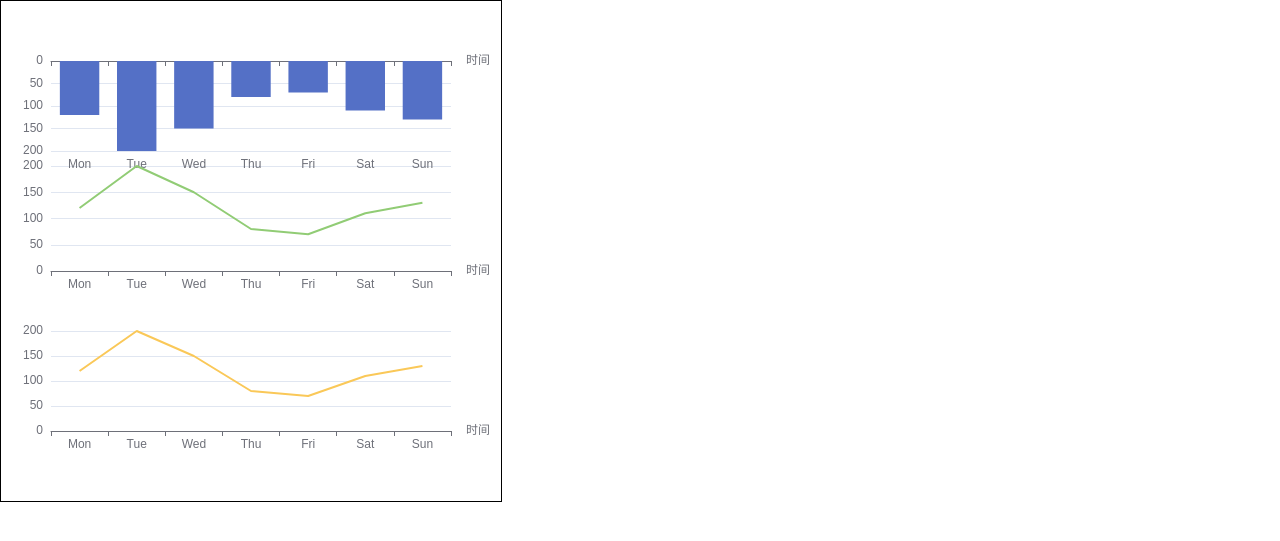
Repository: LeP-Ton/curve
Page: /
These files come from the project's save history. The page is drawn as it stood at one moment and after the next save; the edit follows.
The browser window is 1280 px wide. The pictures show the whole page.
The project was rebuilt for these pictures with package versions that can differ from the ones it lists, and the page was loaded fresh each time.

Above is the page before, as saved 2022-08-18 20:23:43.

### src/index.js
import React from "react";
import ReactDOM from "react-dom/client";
import "./index.css";
import Echart from "./Echart";
import reportWebVitals from "./reportWebVitals";

const root = ReactDOM.createRoot(document.getElementById("root"));
const option = {
  tooltip: {
    trigger: "axis",
    // formatter:function(params){
    //   console.log("---",params[0]);
    //   return(`${params[0].axisId}:${params[0].axisValue} ${params[0].seriesName}:${params[0].value}`)
    // }
  },
  xAxis: [
    {
      name: "时间",
      type: "category",
      data: ["Mon", "Tue", "Wed", "Thu", "Fri", "Sat", "Sun"],
    },
    {
      name: "时间",
      type: "category",
      data: ["Mon", "Tue", "Wed", "Thu", "Fri", "Sat", "Sun"],
      gridIndex: 1
    },
    {
      name: "时间",
      type: "category",
      data: ["Mon", "Tue", "Wed", "Thu", "Fri", "Sat", "Sun"],
      gridIndex: 2
    },
  ],
  yAxis: [
    {
      type: "value",
      inverse: true,
    },
    {
      gridIndex: 1
    },
    {
      gridIndex: 2
    }

  ],
  grid: [
    {
      bottom: '70%'
    },
    {
      top: '33%',
      bottom:'46%'
    },
    {
      top: '66%',
    }
  ],
  series: [
    {
      name: "温度",
      data: [120, 200, 150, 80, 70, 110, 130],
      type: "bar",
    },
    {
      name: "宽度",
      type: "line",
      showSymbol: false,
      data: [120, 200, 150, 80, 70, 110, 130],
      xAxisIndex: 1,
      yAxisIndex: 1,
    },
    {
      name: "长度",
      type: "line",
      showSymbol: false,
      data: [120, 200, 150, 80, 70, 110, 130],
      xAxisIndex: 2,
      yAxisIndex: 2,
    }
  ],
};
root.render(
  <React.StrictMode>
    <Echart options={option} style={{width:'500px', height: "500px" ,border: '1px solid'}} />
  </React.StrictMode>
);

// If you want to start measuring performance in your app, pass a function
// to log results (for example: reportWebVitals(console.log))
// or send to an analytics endpoint. Learn more: https://bit.ly/CRA-vitals
reportWebVitals();

### src/Echart.js
import React, {
  useEffect,
  useRef,
  useState
} from 'react';
import * as echarts from 'echarts';

const Echart = props => {
  const { options, style } = props;
  const chartRef = useRef();
  const [myChart, setMyChart] = useState(null);

  const resizeEcharts = () => {
    myChart.resize();
  };

  useEffect(() => {
    setMyChart(echarts.init(chartRef.current));
  }, []);

  useEffect(() => {
    if (myChart) {
      window.addEventListener('resize', resizeEcharts);
      return () => {
        window.removeEventListener('resize', resizeEcharts);
        myChart.dispose();
        setMyChart(null);
      };
    }
  }, [myChart]);

  useEffect(() => {
    myChart && myChart.setOption(options);
  }, [myChart, options]);

  return <div ref={chartRef} className="default-charts" style={style} />;
};

export default Echart;

Loaded but not shown: public/index.html (common file); src/index.css (common file); src/reportWebVitals.js (common file)

After the next save:
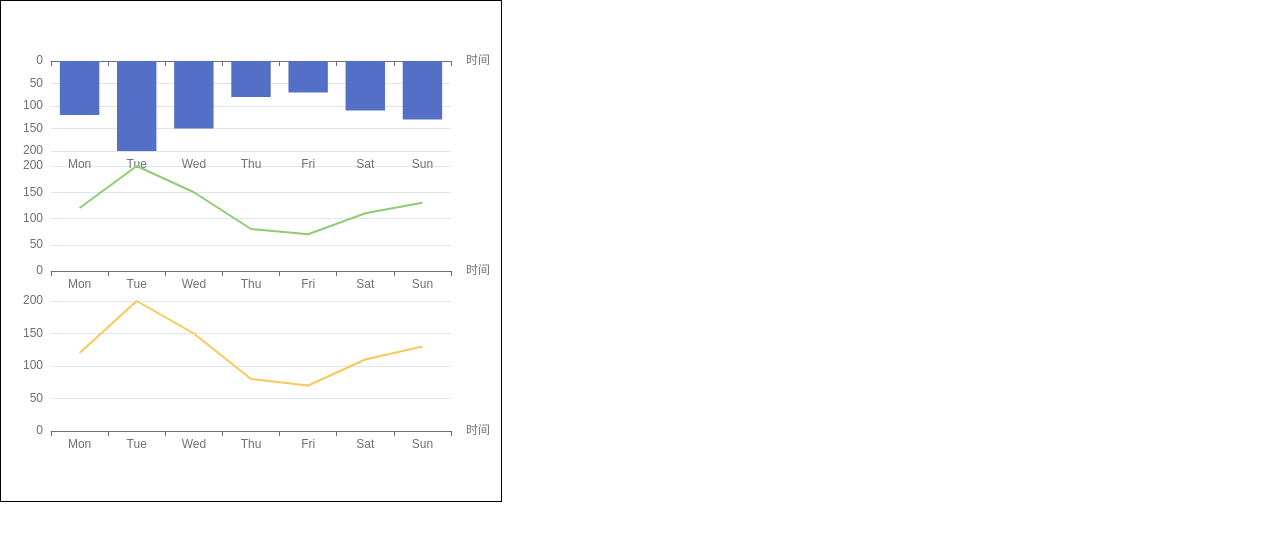
Saved 11 s later.
--- a/src/index.js
+++ b/src/index.js
@@ -54,7 +54,7 @@ const option = {
       bottom:'46%'
     },
     {
-      top: '66%',
+      top: '60%',
     }
   ],
   series: [
